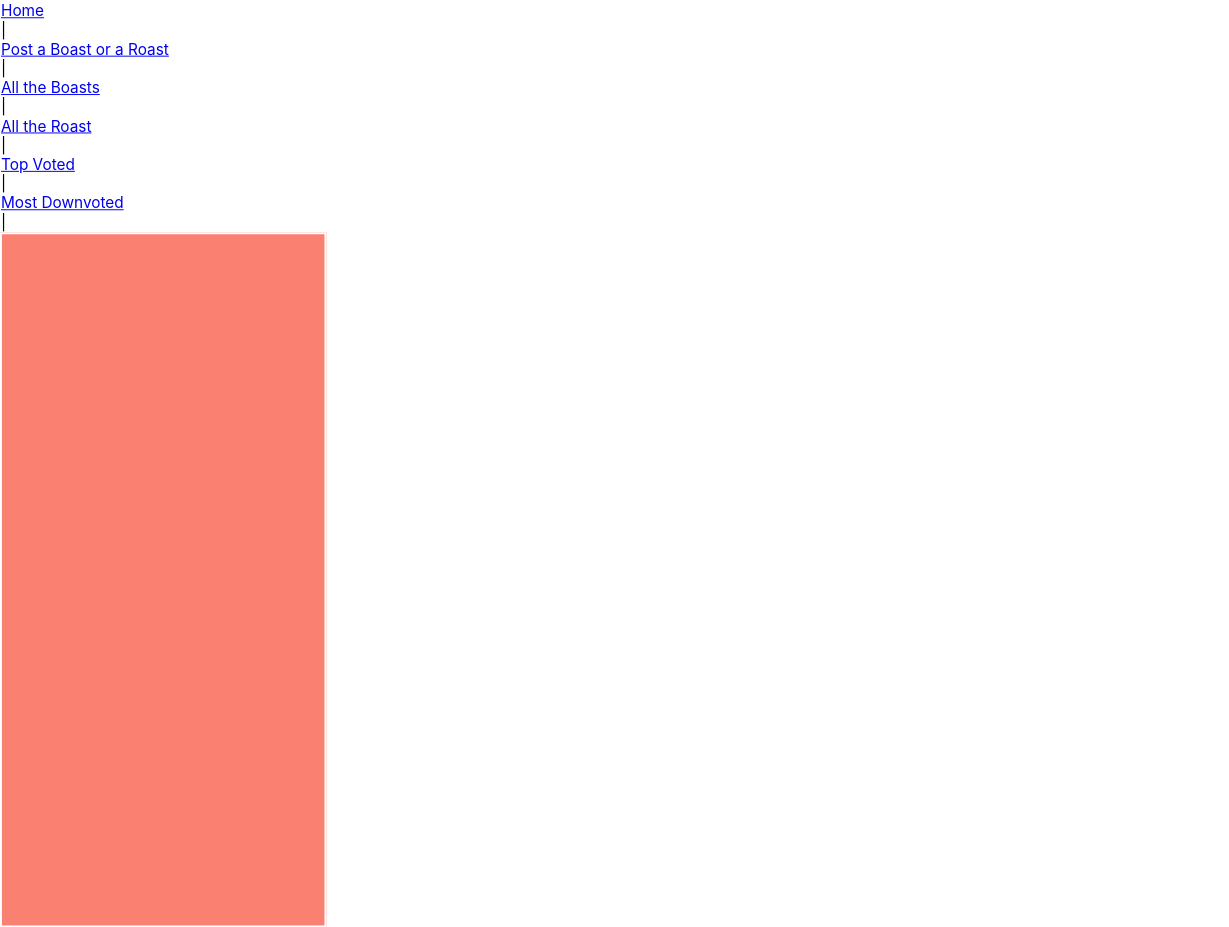
Repository: Imraj423/GhostPost_front-end
Page: /
The author's editor kept a copy of each file at every save. The page is drawn from the files as they stood at one save, then again after the next save.
The browser window is 1280 px wide. The pictures show the whole page, at 96% of full size.
The page's requests for data from a server got no answer. The project was rebuilt for these pictures with package versions that can differ from the ones it lists, and the page was loaded fresh each time. No one was signed in, and anything a server would have sent is missing. Also part of the build but not shown: src/components/CreatePost/post.js, src/components/Form/form.js.

Above is the page before, as saved 2020-04-03 10:44:38.

After the next save:
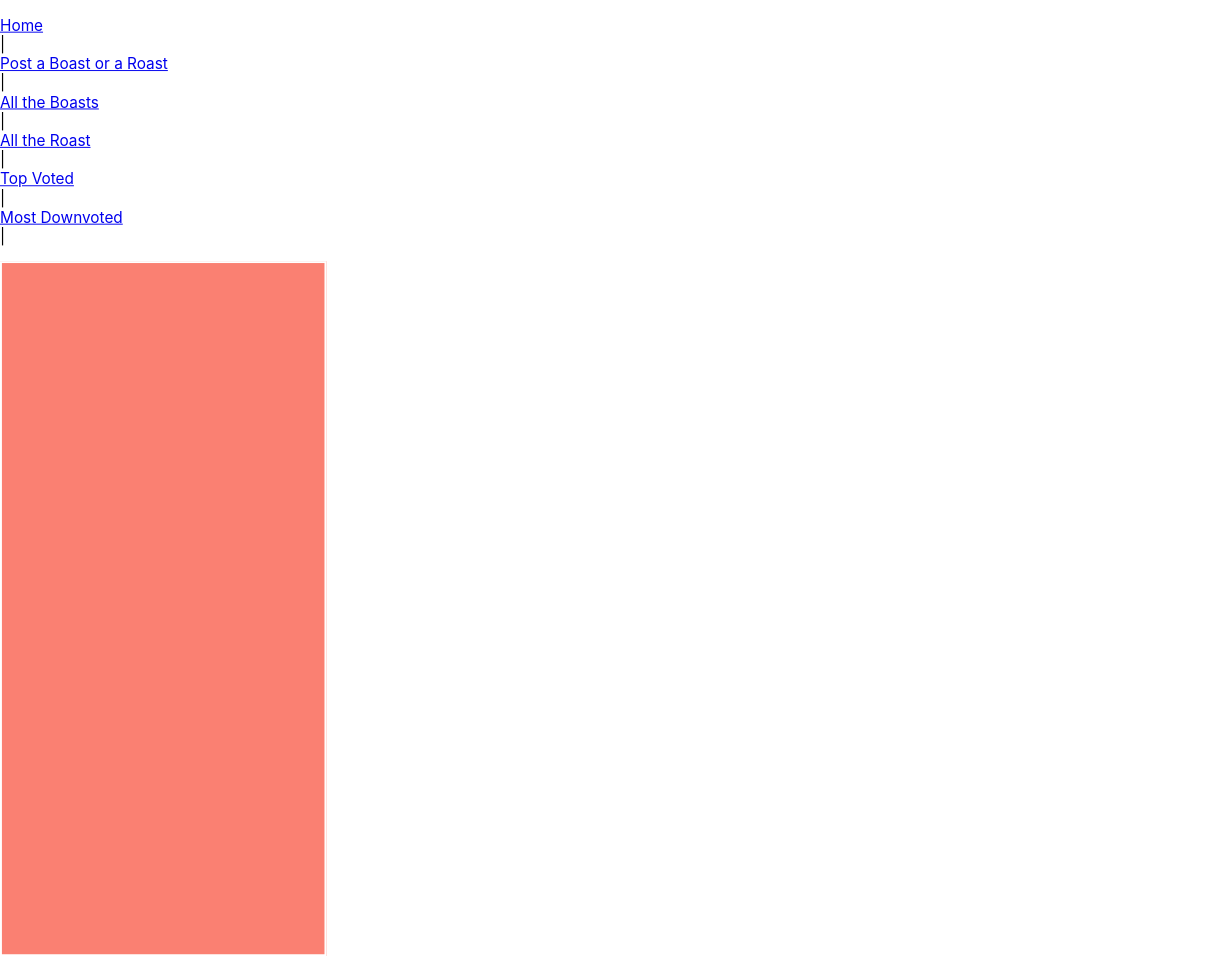
Saved 28 s later.
--- a/src/components/NavBar/nav.js
+++ b/src/components/NavBar/nav.js
@@ -4,7 +4,7 @@ export default function Navi() {
 
     return (
       <div className="navbar">
-       <td><tr> <a href="/">Home</a> <br />|<br />
+       <p> <a href="/">Home</a> <br />|<br />
         <a href="/form">Post a Boast or a Roast</a>
         <br />|<br />
         <a href="/boasts">All the Boasts</a>
@@ -14,7 +14,7 @@ export default function Navi() {
         <a href="/upvotes">Top Voted</a>
         <br />|<br />
         <a href="/downvotes">Most Downvoted</a>
-        <br />|<br /></tr></td>
+        <br />|<br /></p>
       </div>
     );
   }
